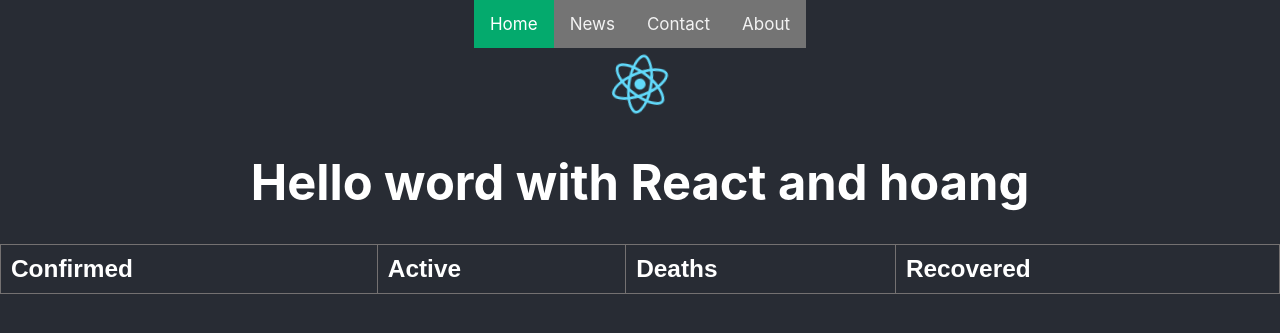
Repository: hoang0508/ReactJsHookBasic
Page: /
An editor plug-in stored every save of this project. The page is shown before and after the next save, followed by the edit.
The browser window is 1280 px wide. The pictures show the whole page.
The page's requests for data from a server got no answer. The project was rebuilt for these pictures with package versions that can differ from the ones it lists, and the page was loaded fresh each time. No one was signed in, and anything a server would have sent is missing. Also part of the build but not shown: src/views/Todo.js.

Above is the page before, as saved 2021-11-11 23:29:53.

After the next save:
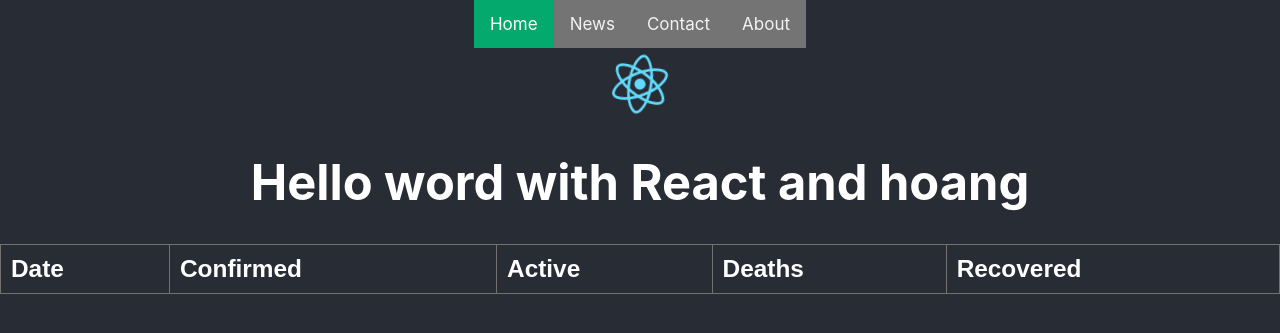
Saved 3 min 55 s later.
--- a/src/views/covid.js
+++ b/src/views/covid.js
@@ -15,6 +15,7 @@
       {console.log(dataCovid)}
       <thead>
         <tr>
+          <th>Date</th>
           <th>Confirmed</th>
           <th>Active</th>
           <th>Deaths</th>
@@ -27,6 +28,7 @@
           dataCovid.map((item) => {
             return (
               <tr key={item.ID}>
+                <td>{item.Date}</td>
                 <td>{item.Confirmed}</td>
                 <td>{item.Active}</td>
                 <td>{item.Deaths}</td>
